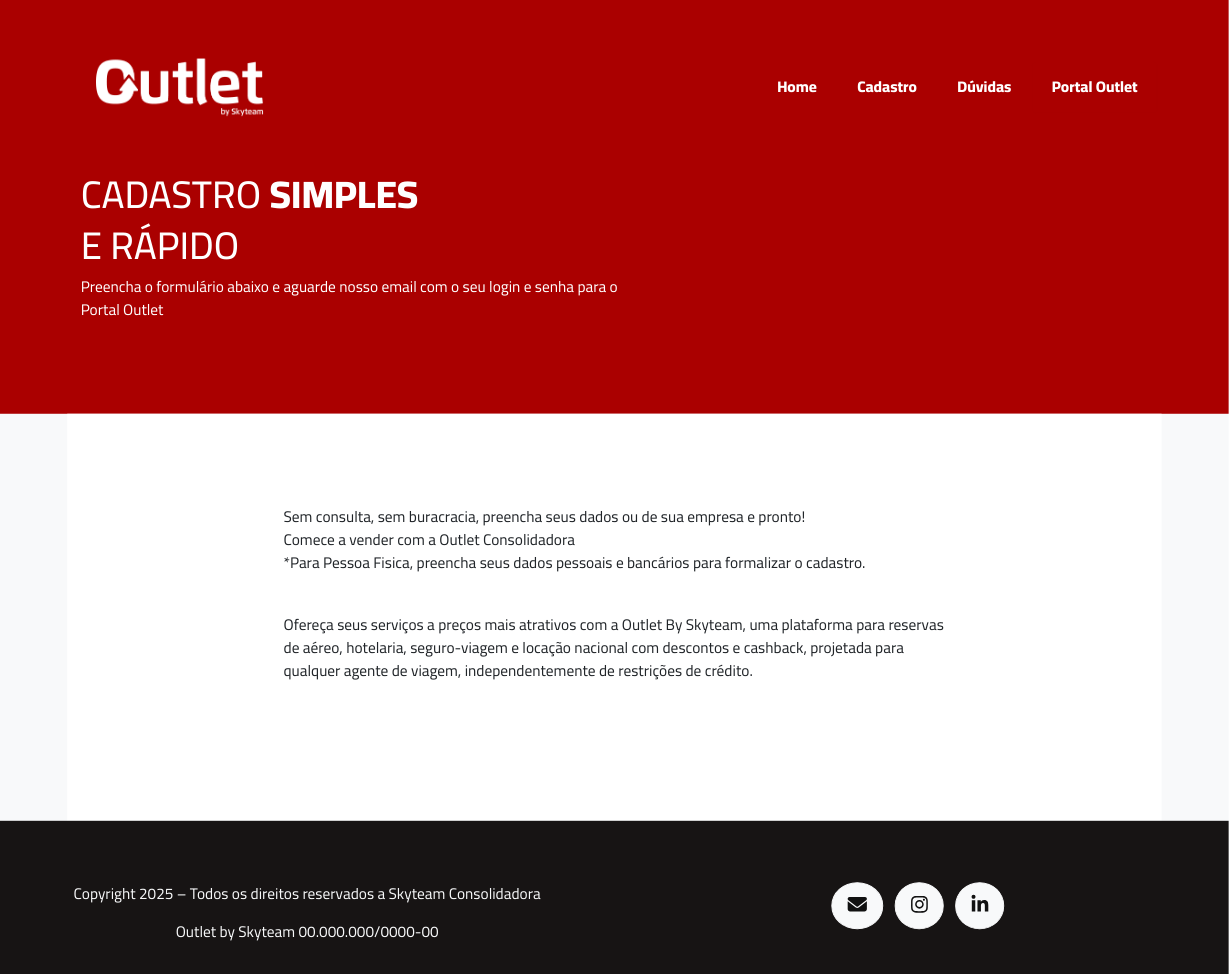
Repository: SkyTeam-Dev/Outlet_Site
Page: Site/Template_Page.html
These files come from the project's save history. The page is drawn as it stood at one moment and after the next save; the edit follows.
The browser window is 1280 px wide. The pictures show the whole page, at 96% of full size.
Some web libraries are served in a nearby version.

Above is the page before, as saved 2025-03-25 15:10:08.

After the next save:
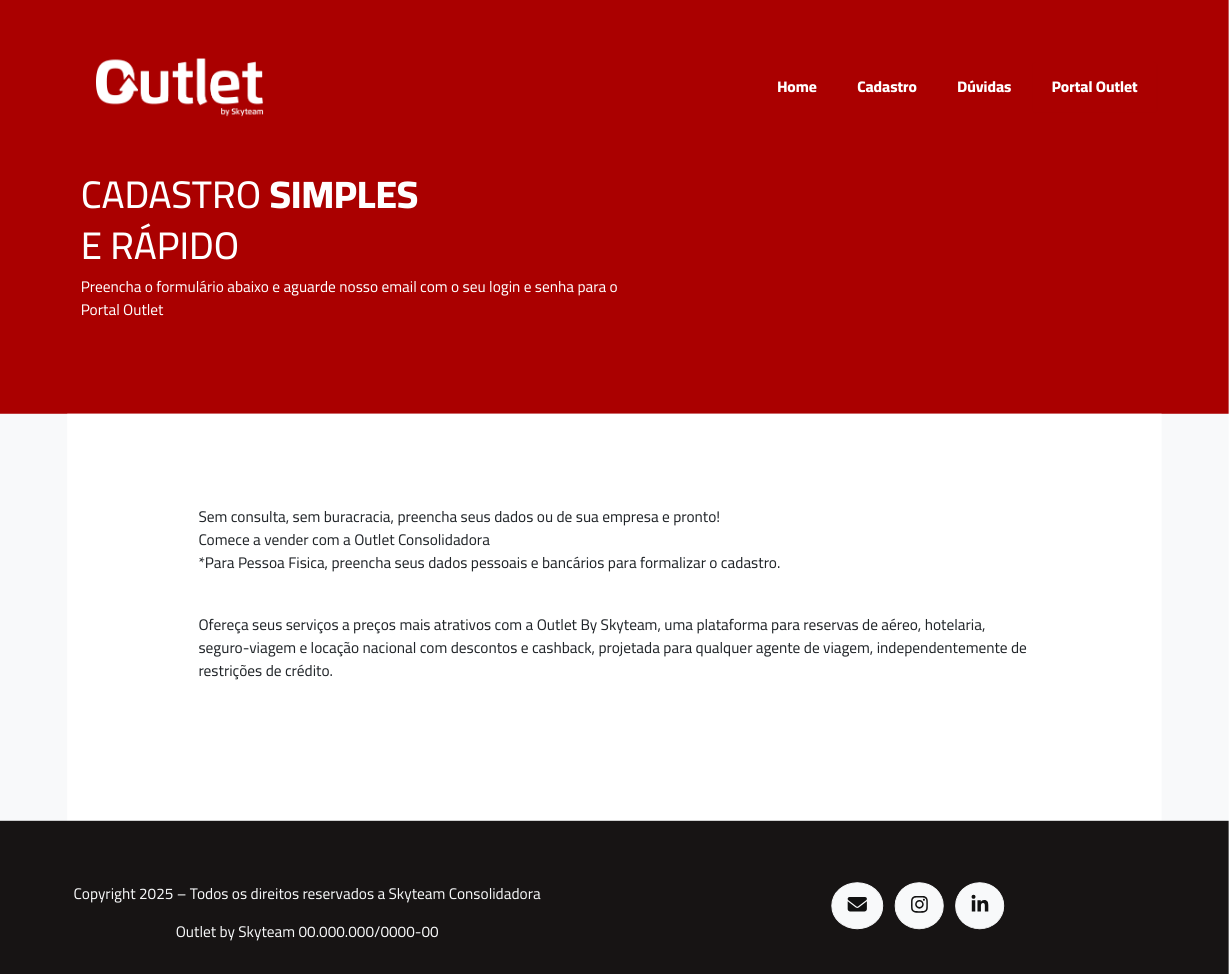
Saved 20 s later.
--- a/Site/Template_Page.html
+++ b/Site/Template_Page.html
@@ -267,7 +267,7 @@
                 <div class="col-sm-12 p-5">
                     <div class="row justify-content-center">
 
-                        <div class="col-xl-8 col-lg-8 col-md-12 col-sm-12 mt-5">
+                        <div class="col-xl-10 col-lg-10 col-md-12 col-sm-12 mt-5">
                             <ul class="list-unstyled">
                                 <li>Sem consulta, sem buracracia, preencha seus dados ou de sua empresa e pronto!</li>
                                 <li>Comece a vender com a Outlet Consolidadora</li>
